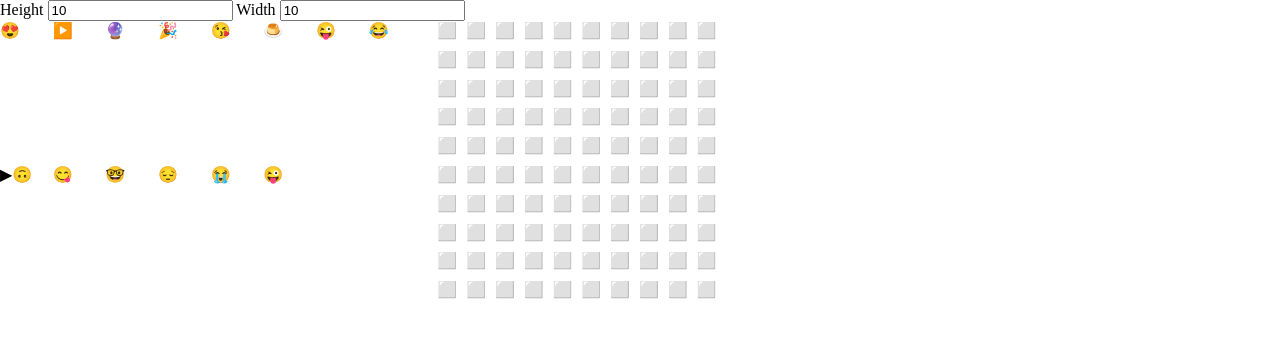
Repository: roast-rabbit/emoji-art-generator
Page: index.html
The author's editor kept a copy of each file at every save. The page is drawn from the files as they stood at one save, then again after the next save.
The browser window is 1280 px wide. The pictures show the whole page.

Above is the page before, as saved 2022-12-06 15:48:02.

### index.html
<!DOCTYPE html>
<html lang="en">
  <head>
    <meta charset="UTF-8" />
    <meta http-equiv="X-UA-Compatible" content="IE=edge" />
    <meta name="viewport" content="width=device-width, initial-scale=1.0" />
    <title>Emoji art generator</title>
    <link rel="stylesheet" href="styles.css" />
  </head>
  <body>
    <div id="stats">
      <label for="height">Height</label>
      <input name="height" type="text" value="10" />
      <label for="width">Width</label>
      <input name="width" type="text" value="10" />
    </div>
    <div id="main">
      <div id="side-tool-set">
        <div>😍</div>
        <div>▶️</div>
        <div>🔮</div>
        <div>🎉</div>
        <div>😘</div>
        <div>🍮</div>
        <div>😜</div>
        <div>😂</div>
        <div>▶🙃</div>
        <div>😋</div>
        <div>🤓</div>
        <div>😔</div>
        <div>😭</div>
        <div>😜</div>
      </div>
      <div id="board"></div>
      <script src="index.js"></script>
    </div>
  </body>
</html>

### styles.css
body {
  margin: 0;
}

#main {
  display: grid;
  gap: 1rem;
  grid-template-columns: 1fr 2fr;
}

#board {
  display: inline-grid;
  grid-template-columns: repeat(var(--height), 4vmin);
  grid-template-rows: repeat(var(--width), 4vmin);
}

#side-tool-set {
  display: grid;
  grid-template-columns: repeat(8, 1fr);
}

### index.js
const heightInput = document.querySelector("#stats input[name=height]");
const widthInput = document.querySelector("#stats input[name=width]");
const board = document.querySelector("#board");

let height = heightInput.value;
let width = widthInput.value;

board.style.setProperty("--height", height);
board.style.setProperty("--width", width);

function createBoard(height, width) {
  for (let i = 0; i < height; i++) {
    for (let j = 0; j < width; j++) {
      element = document.createElement("div");
      element.textContent = "⬜️";
      element.classList.add("tile");
      board.appendChild(element);
    }
  }
}

createBoard(height, width);

After the next save:
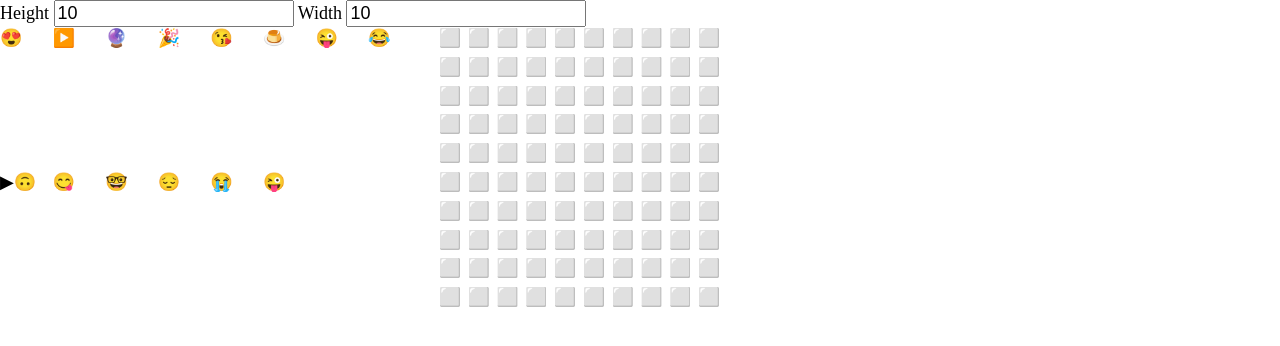
Saved 64 s later.
--- a/styles.css
+++ b/styles.css
@@ -1,3 +1,6 @@
+* {
+  font-size: large;
+}
 body {
   margin: 0;
 }
